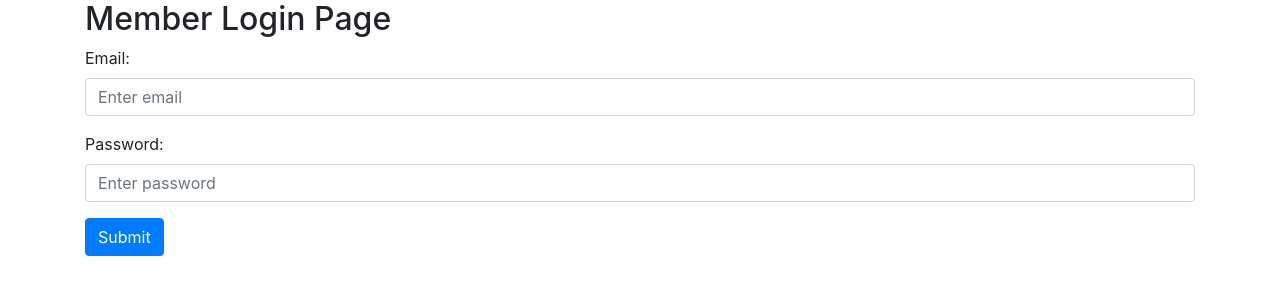
Repository: kurunai/jsp3
Page: http://localhost/jsp_project2/mem/login
The author's editor kept a copy of each file at every save. The page is drawn from the files as they stood at one save, then again after the next save.
The browser window is 1280 px wide. The pictures show the whole page.
The page is served by Tomcat 9. Other server files are loaded and not shown.

Above is the page before, as saved 2022-08-30 00:38:40.

### _jsp3_workspace/jsp_project2/src/main/webapp/member/login.jsp
<%@ page language="java" contentType="text/html; charset=UTF-8"
    pageEncoding="UTF-8"%>
<%@ taglib uri="http://java.sun.com/jsp/jstl/core" prefix="c"%>
<!DOCTYPE html>
<html lang="en">
<head>
  <title>Member Page</title>
  <meta charset="utf-8">
  <meta name="viewport" content="width=device-width, initial-scale=1">
  <link rel="stylesheet" href="https://cdn.jsdelivr.net/npm/bootstrap@4.6.1/dist/css/bootstrap.min.css">
  <script src="https://cdn.jsdelivr.net/npm/jquery@3.6.0/dist/jquery.slim.min.js"></script>
  <script src="https://cdn.jsdelivr.net/npm/popper.js@1.16.1/dist/umd/popper.min.js"></script>
  <script src="https://cdn.jsdelivr.net/npm/bootstrap@4.6.1/dist/js/bootstrap.bundle.min.js"></script>
</head>
<body>

<div class="container">
  <h2>Member Login Page</h2>
  <form action="/mem/login_auth" method="post">
    <div class="form-group">
      <label for="email">Email:</label>
      <input type="email" class="form-control" id="email" placeholder="Enter email" name="email">
    </div>
    <div class="form-group">
      <label for="pwd">Password:</label>
      <input type="password" class="form-control" id="pwd" placeholder="Enter password" name="pwd">
    </div>
    <button type="submit" class="btn btn-primary">Submit</button>
  </form>
</div>

</body>
</html>



<!-- <!DOCTYPE html>
<html>
<head>
<meta charset="UTF-8">
<title>Insert title here</title>
</head>
<body>
	<h1>Login Page</h1>
	<form action="/mem/login_auth" method="post">
		Email : <input type="email" name="email"><br>
		Password : <input type="password" name="pwd"><br>
		<button type="submit">login</button>
	</form>
</body>
</html> -->

### _jsp3_workspace/jsp_project2/src/main/java/controller/MemberController.java
package controller;

import java.io.IOException;

import javax.servlet.RequestDispatcher;
import javax.servlet.ServletException;
import javax.servlet.annotation.WebServlet;
import javax.servlet.http.HttpServlet;
import javax.servlet.http.HttpServletRequest;
import javax.servlet.http.HttpServletResponse;
import javax.servlet.http.HttpSession;

import org.slf4j.Logger;
import org.slf4j.LoggerFactory;

import domain.MemberVO;
import service.MemberService;
import service.MemberServiceImpl;


@WebServlet("/mem/*")
public class MemberController extends HttpServlet {
	private static final long serialVersionUID = 1L;
	private static final Logger log = LoggerFactory.getLogger(MemberController.class);
	private RequestDispatcher rdp; // 응답에 대한 요청과 응답을 주고 받는 값.
	private MemberService msv;
	private String destPage; //목적지 페이지
	private int isUp; //완료된 요청에 대한 값.


    public MemberController() {
        msv = new MemberServiceImpl(); //구현 클래스
    }

	protected void service(HttpServletRequest req, HttpServletResponse res) throws ServletException, IOException {
		req.setCharacterEncoding("utf-8");
		res.setCharacterEncoding("utf-8");
		res.setContentType("text/html; charset=utf-8");

		String uri = req.getRequestURI(); // /mem/list 식으로 표현
		String path = uri.substring(uri.lastIndexOf("/")+1);	// /list   +1(다음값) 해주면 / 제외하고
		log.info(">>> URI : " + uri);
		log.info(">>> path : " + path); //check 값이 잘 나오는지 체크

		switch(path) {
		case "login":	// login page open
			destPage = "/member/login.jsp";
			break;

		case "login_auth":	//login작업이 일어나는 위치
			MemberVO mvo = msv.login(new MemberVO(
					req.getParameter("email"),
					req.getParameter("pwd")));
			if(mvo != null) {
				//세션을 가져오기
				//연결된 세션이 없다면 새로 생성
				HttpSession ses = req.getSession();
				//ses로 mvo를 바인딩 한다.
				ses.setAttribute("ses", mvo);
				ses.setMaxInactiveInterval(600);	// 초단위 60*10 = 10분
			}else {
				req.setAttribute("msg_login", 0);	//false란 의미의 0
			}
			destPage = "/"; 	//index페이지
			break;

		case "logout":
			//연결된 세션이 있다면 해당 세션 가져오기
			HttpSession ses = req.getSession();
			ses.invalidate();	//접속 끊기
			//로그인 정보 email 값을 가져와서 로그인 시간 update
			isUp = msv.lastLogin(req.getParameter("email"));
			log.info(">>> logout : " + (isUp > 0 ? "ok" : "fai;"));
			destPage = "/";
			break;

		case "join":	//회원가입 page open
			destPage = "/member/join.jsp";
			break;

		case "register":	//회원가입이 일어나는 위치
			isUp = msv.register(new MemberVO(
					req.getParameter("email"),
					req.getParameter("pwd"),
					req.getParameter("nick_name")));
			log.info(">>> join > " + (isUp > 0 ? "ok" : "fail"));
			destPage = "login";	//index로 가고 싶다면 "/"
			break;

		case "list":	//전체 리스트 검색
			req.setAttribute("list", msv.getList());
			destPage = "/member/list.jsp";
			break;

		case "modify":	//번호를 주고 해당 번호의 값 1개를 검색해서 open 파일에 전달
			req.setAttribute("mvo", msv.getDetail(req.getParameter("email")));
			destPage = "/member/modify.jsp";
			break;

		case "update":	//실제 수정이 일어나는 위치
			isUp = msv.modify(new MemberVO(
					req.getParameter("email"),
					req.getParameter("pwd"),
					req.getParameter("nick_name")));
			log.info(">>> Update > " + (isUp > 0 ? "ok" : "fail"));
			destPage = "list";
			break;

		case "remove":	//실제 삭제가 일어나는 위치
			isUp = msv.remove(req.getParameter("email"));
			log.info(">>> remove > " + (isUp > 0 ? "ok" : "fail"));
			destPage = "list";
			break;

		}

		rdp = req.getRequestDispatcher(destPage);
		rdp.forward(req, res);
	}

	protected void doGet(HttpServletRequest request, HttpServletResponse response) throws ServletException, IOException {
		service(request, response);
	}


	protected void doPost(HttpServletRequest request, HttpServletResponse response) throws ServletException, IOException {
		service(request, response);
	}

}

### _jsp3_workspace/jsp_project2/src/main/java/service/MemberServiceImpl.java
package service;

import java.util.List;

import org.slf4j.Logger;
import org.slf4j.LoggerFactory;

import domain.MemberVO;
import repository.MemberDAO;
import repository.MemberDAOImpl;

public class MemberServiceImpl implements MemberService {
	private static Logger log = LoggerFactory.getLogger(MemberServiceImpl.class);
	private MemberDAO mdao;

	public MemberServiceImpl() {
		mdao = new MemberDAOImpl();
	}

	@Override
	public int register(MemberVO mvo) {
		//DAO에게 요청
		log.info(">>> register > {service}");
		return mdao.insert(mvo);
	}

	@Override
	public MemberVO login(MemberVO mvo) {
		log.info(">>> login > {service}");
		return mdao.selectOne(mvo);
	}

	@Override
	public int lastLogin(String email) {
		log.info(">>> lastLogin > {service}");
		return mdao.updateLogin(email);
	}

	@Override
	public List<MemberVO> getList() {
		log.info(">>> list > {service}");
		return mdao.selectList();
	}

	@Override
	public MemberVO getDetail(String email) {
		log.info(">>> detail > {service}");
		return mdao.selectOne(email);
	}

	@Override
	public int modify(MemberVO mvo) {
		log.info(">>> modify > {service}");
		return mdao.update(mvo);
	}

	@Override
	public int remove(String email) {
		log.info(">>> remove > {service}");
		return mdao.delete(email);
	}

}

### _jsp3_workspace/jsp_project2/src/main/java/repository/MemberDAO.java
package repository;

import java.util.List;

import domain.MemberVO;

public interface MemberDAO {

	int insert(MemberVO mvo);

	MemberVO selectOne(MemberVO mvo);

	int updateLogin(String email);

	List<MemberVO> selectList();

	MemberVO selectOne(String email);

	int update(MemberVO mvo);

	int delete(String email);

}

### _jsp3_workspace/jsp_project2/src/main/java/repository/MemberDAOImpl.java
package repository;

import java.util.List;

import org.apache.ibatis.session.SqlSession;
import org.slf4j.Logger;
import org.slf4j.LoggerFactory;

import domain.MemberVO;
import orm.DatabaseBuilder;

public class MemberDAOImpl implements MemberDAO {
	private static Logger log = LoggerFactory.getLogger(MemberDAOImpl.class);
	//DB연결
	private SqlSession sql;
	private final String NS = "MemberMapper.";

	public MemberDAOImpl() {
		new DatabaseBuilder();
		sql = DatabaseBuilder.getFactory().openSession();
	}

	@Override
	public int insert(MemberVO mvo) {
		log.info(">>> register > {DAO}");
		int isUp = sql.insert(NS+"reg", mvo);
		if(isUp > 0) {
			sql.commit();
		}
		return isUp;
	}

	@Override
	public MemberVO selectOne(MemberVO mvo) {
		log.info(">>> login > {DAO}");
		return sql.selectOne(NS+"login", mvo);
	}

	@Override
	public int updateLogin(String email) {
		log.info(">>> lastLogin > {DAO}");
		int isUp = sql.update(NS+"last", email);
		if(isUp > 0) {
			sql.commit();
		}
		return isUp;
	}

	@Override
	public List<MemberVO> selectList() {
		log.info(">>> list > {DAO}");
		return sql.selectList(NS+"list");
	}

	@Override
	public MemberVO selectOne(String email) {
		log.info(">>> detail > {DAO}");
		return sql.selectOne(NS+"detail", email);
	}

	@Override
	public int update(MemberVO mvo) {
		log.info(">>> modify > {DAO}");
		int isUp = sql.update(NS+"mod", mvo);
		if(isUp > 0) {
			sql.commit();
		}
		return isUp;
	}

	@Override
	public int delete(String email) {
		log.info(">>> remove > {DAO}");
		int isUp = sql.delete(NS+"del", email);
		if(isUp > 0) {
			sql.commit();
		}
		return isUp;
	}

}

### _jsp3_workspace/jsp_project2/src/main/java/orm/DatabaseBuilder.java
package orm;

import java.io.IOException;

import org.apache.ibatis.io.Resources;
import org.apache.ibatis.session.SqlSessionFactory;
import org.apache.ibatis.session.SqlSessionFactoryBuilder;

public class DatabaseBuilder {
	private  static SqlSessionFactory factory;

	static {
		try {
			factory = new SqlSessionFactoryBuilder().build(Resources.
					getResourceAsReader("orm/MybatisConfig.xml"));
		} catch (IOException e) {
			//mybatis 설정 오류시
			e.printStackTrace();
		}


	}

	public static SqlSessionFactory getFactory() {
		return factory;
	}
}

### _jsp3_workspace/jsp_project2/src/main/java/domain/MemberVO.java
package domain;

public class MemberVO {
	private String email;
	private String pwd;
	private String nick_name;
	private String reg_at;
	private String last_login;

	//기본생성자
	public MemberVO() {}

	//login
	public MemberVO(String email, String pwd) {
		this.email = email;
		this.pwd = pwd;
	}
	//join, modify
	public MemberVO(String email, String pwd, String nick_name) {
		this(email, pwd);
		this.nick_name = nick_name;
	}
	//list
	public MemberVO(String email, String pwd, String nick_name, String reg_at, String last_login) {
		this(email, pwd, nick_name);
		this.reg_at = reg_at;
		this.last_login = last_login;
	}
		public String getEmail() {
		return email;
	}

	public void setEmail(String email) {
		this.email = email;
	}

	public String getPwd() {
		return pwd;
	}

	public void setPwd(String pwd) {
		this.pwd = pwd;
	}

	public String getNick_name() {
		return nick_name;
	}

	public void setNick_name(String nick_name) {
		this.nick_name = nick_name;
	}

	public String getReg_at() {
		return reg_at;
	}

	public void setReg_at(String reg_at) {
		this.reg_at = reg_at;
	}

	public String getLast_login() {
		return last_login;
	}

	public void setLast_login(String last_login) {
		this.last_login = last_login;
	}

}

### _jsp3_workspace/jsp_project2/src/main/java/domain/BoardVO.java
package domain;

public class BoardVO {
	private int bno;
	private String title;
	private String writer;
	private String content;
	private String reg_date;	//date도 String 형식으로 생성

	//기본생성자
	public BoardVO () {}

	//insert (title, writer, content)
	public BoardVO (String title, String writer, String content) {
		this.title = title;
		this.writer = writer;
		this.content = content;
	}

	//list(bno, title, writer, reg_date)
	public BoardVO (int bno, String title, String writer, String reg_date) {
		this.bno = bno;
		this.title = title;
		this.writer = writer;
		this.reg_date = reg_date;

	}

	//detail(all)
	public BoardVO (int bno, String title, String writer, String content, String reg_date) {
		this(bno, title, writer, reg_date);
		this.content = content;
	}

	//update(bno, title, content)
	public BoardVO (int bno, String title, String content) {
		this.bno = bno;
		this.title = title;
		this.content = content;
	}

	public int getBno() {
		return bno;
	}

	public void setBno(int bno) {
		this.bno = bno;
	}

	public String getTitle() {
		return title;
	}

	public void setTitle(String title) {
		this.title = title;
	}

	public String getWriter() {
		return writer;
	}

	public void setWriter(String writer) {
		this.writer = writer;
	}

	public String getContent() {
		return content;
	}

	public void setContent(String content) {
		this.content = content;
	}

	public String getReg_date() {
		//yyyy-mm-dd 형식으로 자름.
		String date = reg_date.substring(0, reg_date.lastIndexOf(" ")+1);
		return date;
	}

	public void setReg_date(String reg_date) {
		this.reg_date = reg_date;
	}

}

After the next save:
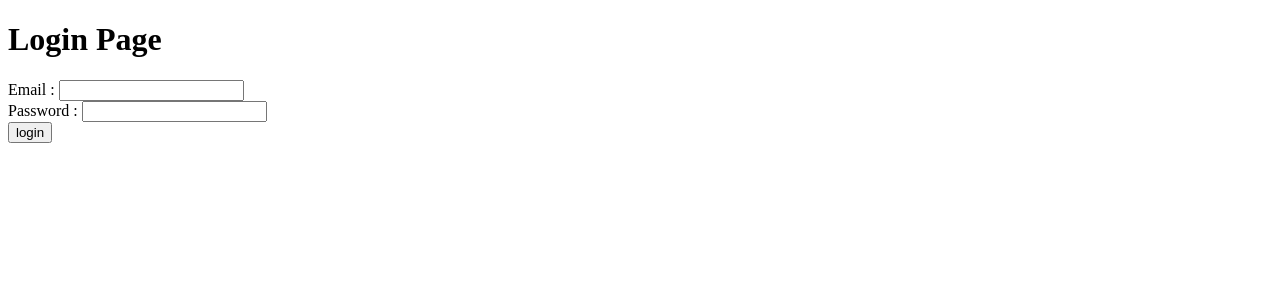
Saved 12 s later.
--- a/_jsp3_workspace/jsp_project2/src/main/webapp/member/login.jsp
+++ b/_jsp3_workspace/jsp_project2/src/main/webapp/member/login.jsp
@@ -1,40 +1,9 @@
 <%@ page language="java" contentType="text/html; charset=UTF-8"
     pageEncoding="UTF-8"%>
 <%@ taglib uri="http://java.sun.com/jsp/jstl/core" prefix="c"%>
-<!DOCTYPE html>
-<html lang="en">
-<head>
-  <title>Member Page</title>
-  <meta charset="utf-8">
-  <meta name="viewport" content="width=device-width, initial-scale=1">
-  <link rel="stylesheet" href="https://cdn.jsdelivr.net/npm/bootstrap@4.6.1/dist/css/bootstrap.min.css">
-  <script src="https://cdn.jsdelivr.net/npm/jquery@3.6.0/dist/jquery.slim.min.js"></script>
-  <script src="https://cdn.jsdelivr.net/npm/popper.js@1.16.1/dist/umd/popper.min.js"></script>
-  <script src="https://cdn.jsdelivr.net/npm/bootstrap@4.6.1/dist/js/bootstrap.bundle.min.js"></script>
-</head>
-<body>
-
-<div class="container">
-  <h2>Member Login Page</h2>
-  <form action="/mem/login_auth" method="post">
-    <div class="form-group">
-      <label for="email">Email:</label>
-      <input type="email" class="form-control" id="email" placeholder="Enter email" name="email">
-    </div>
-    <div class="form-group">
-      <label for="pwd">Password:</label>
-      <input type="password" class="form-control" id="pwd" placeholder="Enter password" name="pwd">
-    </div>
-    <button type="submit" class="btn btn-primary">Submit</button>
-  </form>
-</div>
-
-</body>
-</html>
 
 
-
-<!-- <!DOCTYPE html>
+<!DOCTYPE html>
 <html>
 <head>
 <meta charset="UTF-8">
@@ -48,4 +17,4 @@
 		<button type="submit">login</button>
 	</form>
 </body>
-</html> -->
+</html>
